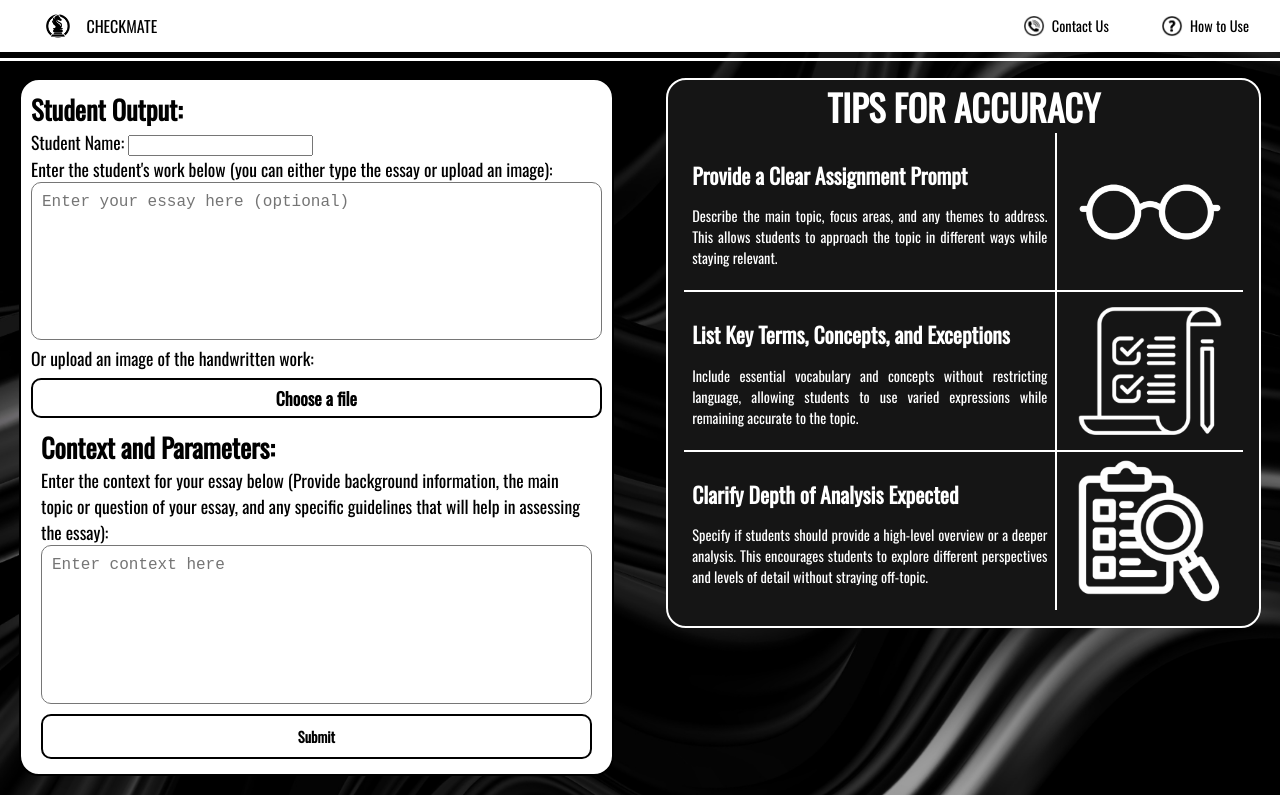
Repository: iiTzXyZ11/CheckMateAI
Page: http://localhost/scan
These files come from the project's save history. The page is drawn as it stood at one moment and after the next save; the edit follows.
The browser window is 1280 px wide. The pictures show the whole page.
The page is served by the project's application, run on Flask 3 (app.py).

Above is the page before, as saved 2025-01-30 22:57:46.

After the next save:
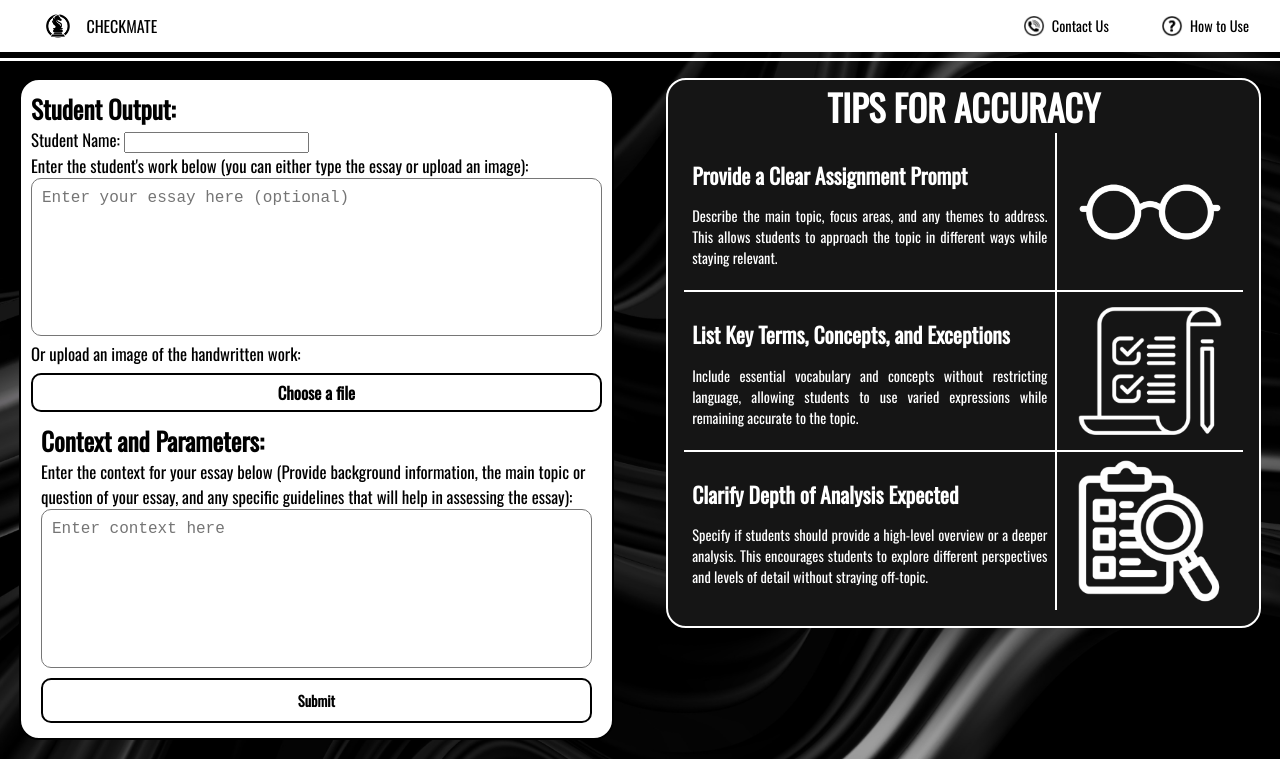
Saved 4 s later.
--- a/static/css/test_style.css
+++ b/static/css/test_style.css
@@ -15,7 +15,7 @@
     }
 
     .box, .box1{
-        font-size: clamp(1.1rem,2vh,1.5rem);
+        font-size: clamp(1.05rem,2vh,1.5rem);
     }
 
     .tips-container h1{
